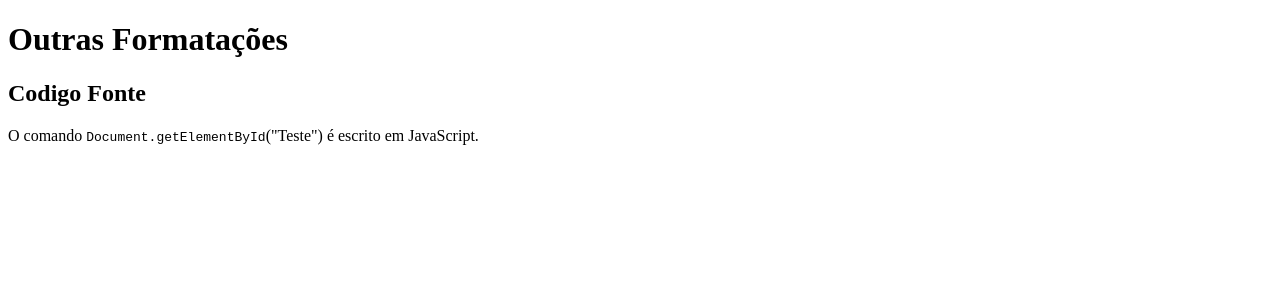
Repository: Guillermomarcon/exercicios
Page: ex009/index.html
These files come from the project's save history. The page is drawn as it stood at one moment and after a run of saves; the edit follows.
The browser window is 1280 px wide. The pictures show the whole page.

Above is the page before, as saved 2020-12-10 01:26:45.

### ex009/index.html
<!DOCTYPE html>
<html lang="pt-br">
<head>
    <meta charset="UTF-8">
    <meta name="viewport" content="width=device-width, initial-scale=1.0">
    <title>Outras Formatações</title>
</head>
<body>
    <h1>Outras Formatações</h1>
    <h2>Codigo Fonte</h2>
    <p>O comando <code>Document.getElementById</code>("Teste") é escrito em JavaScript.</p>
    <p>
        <code>

        </code>
    </p>


</body>
</html>

After the next 2 saves:
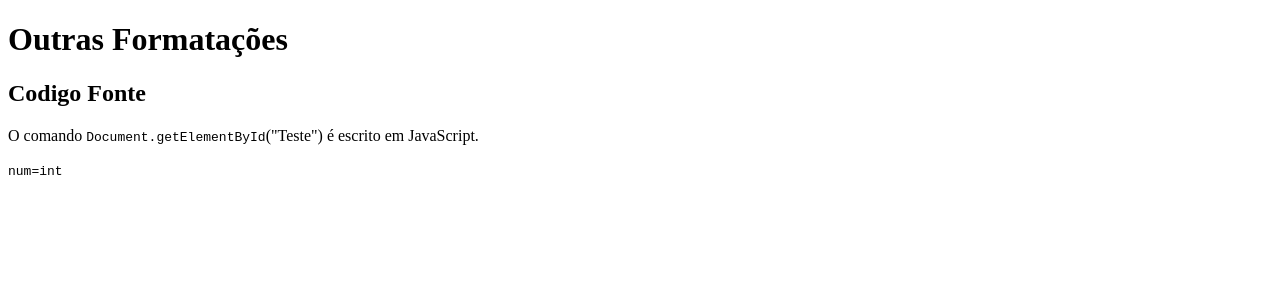
The 2 saves are shown as one change because they came seconds apart.
The last was saved 8 s later.
--- a/ex009/index.html
+++ b/ex009/index.html
@@ -11,7 +11,7 @@
     <p>O comando <code>Document.getElementById</code>("Teste") é escrito em JavaScript.</p>
     <p>
         <code>
-
+            num=int
         </code>
     </p>
 
